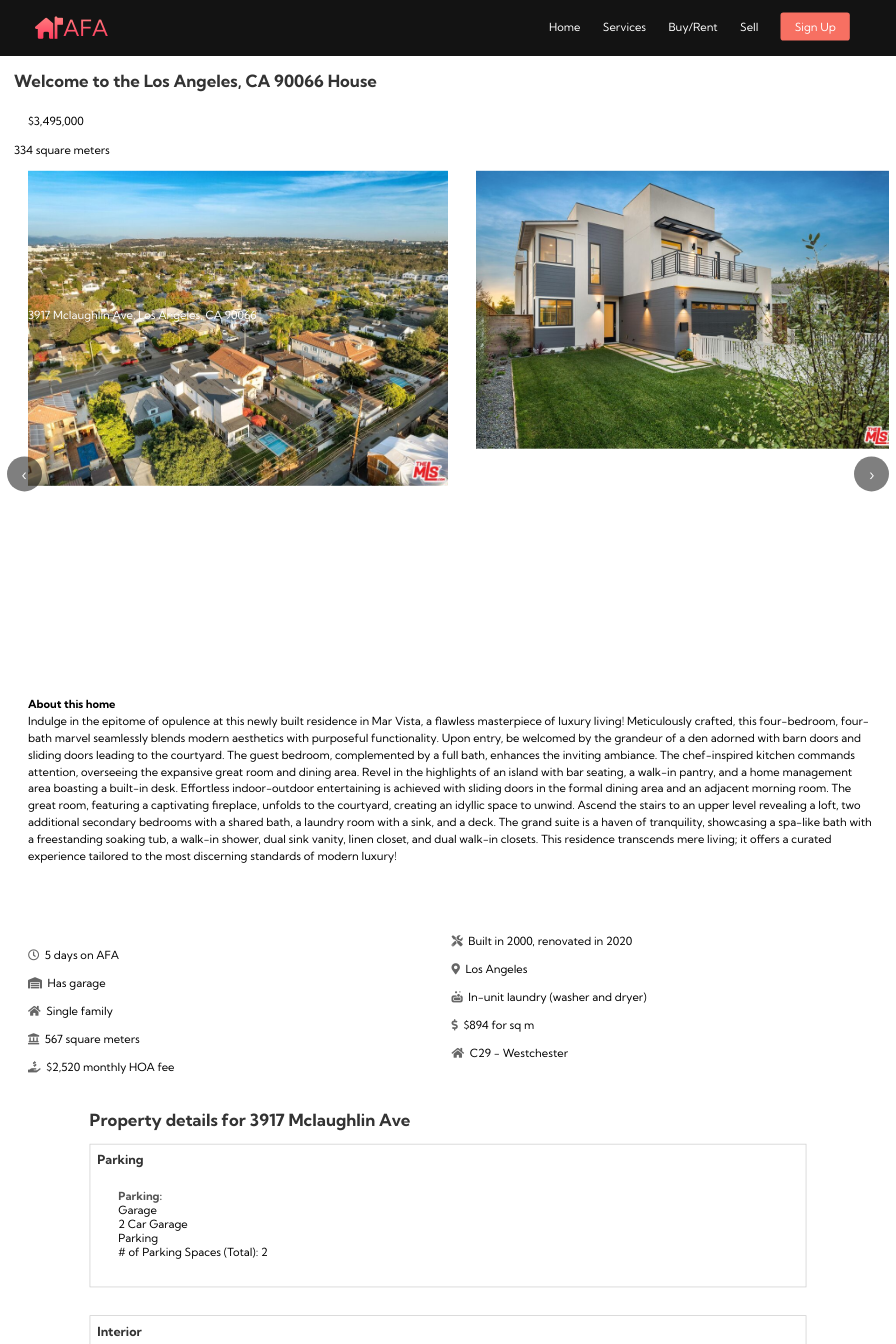
Repository: MrAllin1/ProgWWW_23_Gr1
Page: pages/House3.html
The author's editor kept a copy of each file at every save. The page is drawn from the files as they stood at one save, then again after the next save.
The browser window is 1280 px wide. The pictures show the part of the page from y = 0 to 1920 px (the page is 4339 px tall before and 4069 px after), at 70% of full size.
Some web libraries are served in a nearby version.

Above is the page before, as saved 2024-01-11 12:46:08.

### pages/House3.html
<!DOCTYPE html>
<html lang="en">
<head>
    <meta charset="UTF-8">
    <meta name="viewport" content="width=device-width, initial-scale=1.0">
    <link rel="stylesheet" type="text/css" href="../pages/stylesForHouse.css">
    <script src="https://kit.fontawesome.com/186711ed6a.js" crossorigin="anonymous"></script>
    <link rel="preconnect" href="https://fonts.googleapis.com">
    <link rel="preconnect" href="https://fonts.gstatic.com" crossorigin>
    <link href="https://fonts.googleapis.com/css2?family=Kumbh+Sans:wght@400;700&display=swap" rel="stylesheet">
    <link rel="stylesheet" href="https://cdnjs.cloudflare.com/ajax/libs/font-awesome/5.15.4/css/all.min.css">
    <title>House on Los Angeles</title>
</head>
<body>
    <nav class="navbar">
        <div class="navbar_container">
            <a href="/" id="navbar_logo"> <i class="fas fa-house-flag"></i>AFA</a>
            <div class="navbar_toggle" id="mobile-menu">
                <span class="bar"></span>
                <span class="bar"></span>
                <span class="bar"></span>
            </div>
            <ul class="navbar_menu">
                <li class="navbar_item">
                    <a href="#home" class="navbar_link">Home</a>
                </li>
                <li class="navbar_item">
                    <a href="#services" class="navbar_link">Services</a>
                </li>
                <li class="navbar_item">
                    <a href="/pages/BuyRent.html" class="navbar_link">Buy/Rent</a>
                </li>
                <li class="navbar_item">
                    <a href="/pages/sell.html" class="navbar_link">Sell</a>
                </li>
                <li class="navbar_btn">
                    <a href="/pages/signUp.html" class="button">Sign Up</a>
                </li>
            </ul>
        </div>
    </nav>
    <div class="gallery-container">
        <h1>Welcome to the Los Angeles, CA 90066 House</h1> </br>
        <a href="https://www.google.com/maps?q=3917+Mclaughlin+Ave,+Los+Angeles,+CA+90066" target="_blank" class="services_link">3917 Mclaughlin Ave, Los Angeles, CA 90066</a>
        <p>$3,495,000</p>
        <span>334 square meters</span>
        <div class="gallery">
            <img src="/images/House_4/item_1.jpg" alt="Image 1" />
            <img src="/images/House_4/item_2.jpg" alt="Image 2" />
            <img src="/images/House_4/item_3.jpg" alt="Image 3" />
            <img src="/images/House_4/item_4.jpg" alt="Image 4" />
            <img src="/images/House_4/item_5.jpg" alt="Image 5" />
            <img src="/images/House_4/item_6.jpg" alt="Image 6" />
            <img src="/images/House_4/item_7.jpg" alt="Image 7" />
            <img src="/images/House_4/item_8.jpg" alt="Image 8" />
            <img src="/images/House_4/item_9.jpg" alt="Image 9" />
            <img src="/images/House_4/item_10.jpg" alt="Image 10" />
            <img src="/images/House_4/item_11.jpg" alt="Image 11" />
            <img src="/images/House_4/item_12.jpg" alt="Image 12" />
            <img src="/images/House_4/item_13.jpg" alt="Image 13" />
            <img src="/images/House_4/item_14.jpg" alt="Image 14" />
            <img src="/images/House_4/item_15.jpg" alt="Image 15" />
            <img src="/images/House_4/item_16.jpg" alt="Image 16" />
            <img src="/images/House_4/item_17.jpg" alt="Image 17" />
            <img src="/images/House_4/item_18.jpg" alt="Image 18" />
            <img src="/images/House_4/item_19.jpg" alt="Image 19" />
            <img src="/images/House_4/item_20.jpg" alt="Image 20" />
            <img src="/images/House_4/item_21.jpg" alt="Image 21" />
            <img src="/images/House_4/item_22.jpg" alt="Image 22" />
            <img src="/images/House_4/item_23.jpg" alt="Image 23" />
            <img src="/images/House_4/item_24.jpg" alt="Image 24" />
            <img src="/images/House_4/item_25.jpg" alt="Image 25" />
            <img src="/images/House_4/item_26.jpg" alt="Image 26" />
            <img src="/images/House_4/item_27.jpg" alt="Image 27" />
            <img src="/images/House_4/item_28.jpg" alt="Image 28" />
            <img src="/images/House_4/item_29.jpg" alt="Image 29" />
            <img src="/images/House_4/item_30.jpg" alt="Image 30" />
            <img src="/images/House_4/item_31.jpg" alt="Image 31" />
        </div>

          <button class="arrow-button left">&#8249;</button>
          <button class="arrow-button right">&#8250;</button>
          <p><strong> About this home</strong></br> Indulge in the epitome of opulence at this newly built residence in Mar Vista, a flawless masterpiece of luxury living! Meticulously crafted, this four-bedroom, four-bath marvel seamlessly blends modern aesthetics with purposeful functionality. Upon entry, be welcomed by the grandeur of a den adorned with barn doors and sliding doors leading to the courtyard. The guest bedroom, complemented by a full bath, enhances the inviting ambiance. The chef-inspired kitchen commands attention, overseeing the expansive great room and dining area. Revel in the highlights of an island with bar seating, a walk-in pantry, and a home management area boasting a built-in desk. Effortless indoor-outdoor entertaining is achieved with sliding doors in the formal dining area and an adjacent morning room. The great room, featuring a captivating fireplace, unfolds to the courtyard, creating an idyllic space to unwind. Ascend the stairs to an upper level revealing a loft, two additional secondary bedrooms with a shared bath, a laundry room with a sink, and a deck. The grand suite is a haven of tranquility, showcasing a spa-like bath with a freestanding soaking tub, a walk-in shower, dual sink vanity, linen closet, and dual walk-in closets. This residence transcends mere living; it offers a curated experience tailored to the most discerning standards of modern luxury!</p>
    </div>
</br>
    <div class="property-features">
      <div class="feature">
        <i class="far fa-clock"></i> 5 days on AFA
      </div>
      <div class="feature">
        <i class="fas fa-warehouse"></i> Has garage
      </div>
      <div class="feature">
        <i class="fas fa-home"></i> Single family
      </div>
      <div class="feature">
        <i class="fas fa-landmark"></i> 567 square meters
      </div>
      <div class="feature">
        <i class="fas fa-hand-holding-usd"></i> $2,520 monthly HOA fee
      </div>
      <div class="feature">
        <i class="fas fa-tools"></i> Built in 2000, renovated in 2020
      </div>
      <div class="feature">
        <i class="fas fa-map-marker-alt"></i> Los Angeles
      </div>
      <div class="feature">
        <i class="fas fa-soap"></i>In-unit laundry (washer and dryer)
      </div>
      <div class="feature">
        <i class="fas fa-dollar-sign"></i> $894 for sq m
    </div>
      <div class="feature">
        <i class="fas fa-home"></i> C29 - Westchester
      </div>
    </div>

    <div class="container">
        <h1>Property details for 3917 Mclaughlin Ave</h1>
        <div class="details">
            <div class="section">
                <h2>Parking</h2>
                <ul>
                    <li>
                        <strong>Parking:</strong><br>
                        Garage<br>
                        2 Car Garage<br>
                        Parking<br>
                        # of Parking Spaces (Total): 2
                    </li>
                </ul>
            </div>
        </div>

        <div class="details">
            <div class="section">
                <h2>Interior</h2>
                <ul>
                    <li><strong>Bathroom Information:</strong><br># of Baths (Full): 4</li>
                    <li><strong>Laundry Information:</strong><br>Laundry Room</li>
                    <li><strong>Additional Rooms:</strong><br>Bonus Room, Breakfast Area, Great Room, Walk-In Closet, Guest-Maids Quarters</li>
                    <li><strong>Fireplace Information:</strong><br>Gas Fireplace</li>
                    <li><strong>Flooring Information:</strong><br>Carpeted Floors, Wood Floors, Tile Floors</li>
                    <li><strong>Equipment:</strong><br>Alarm System, Built-Ins, Dishwasher, Garbage Disposal, Freezer, Range/Oven, Refrigerator, Washer, Dryer</li>
                    <li><strong>Heating & Cooling:</strong><br>A/C<br>Central Heat</li>
                </ul>
            </div>
        </div>

        <div class="details">
            <div class="section">
                <h2>Exterior</h2>
                <ul>
                    <li><strong>Building Information:</strong><br>Total Floors: 1<br>Multi Levels<br>Attached</li>
                    <li><strong>Pool Information:</strong><br>In Ground Pool<br>In Ground Spa</li>
                    <li><strong>Property Information:</strong><br>Property Type: Residential Single-Family</li>
                    <li><strong>Land Information:</strong><br>Other Structures: None<br>Lot Size (Sq. Ft.): 7,763<br>Lot Size (Acres): 0.1782<br>Lot Size Dimensions: 50 x 155<br>Zoning: LAR1</li>
                    <li><strong>Property Features:</strong><br>Has View<br>View: Tree Top</li>
                </ul>
            </div>
        </div>

        <div class="details">
            <div class="section">
                <h2>Financial</h2>
                <ul>
                    <li><strong>Assessment Information:</strong><br>Assessor Parcel Number: 4214-015-018</li>
                    <li><strong>Financial Information:</strong><br>Selling Office Compensation Type: %<br>Selling Office Compensation: 2.5</li>
                </ul>
            </div>
        </div>

        <div class="details">
            <div class="section">
                <h2>Location</h2>
                <ul>
                    <li><strong>Location Information:</strong><br>Directions: From National Blvd - headed West - just past the Starbucks and make a left onto McLaughlin Avenue</li>
                </ul>
            </div>
        </div>
    </div>

      <div class="container">
        <h1>About climate risks</h1>
        <p>Climate risks have some of natural disasters and may be impacted by climate change due to rising temperatures and sea levels.</p>

        <div class="risk-factor" id="floodRisk">
            <h2>Flood Factor</h2>
            <p>Unlikely to flood in next 50 years.</p>
        </div>

        <div class="risk-factor" id="fireRisk">
            <h2>Fire Factor</h2>
            <p>Unlikely to be in a wildfire in next 50 years.</p>
        </div>

        <div class="risk-factor" id="heatRisk">
            <h2>Heat Factor</h2>
            <p>7 days above 99° expected this year, 14 days in 30 years.</p>
        </div>
    </div>
    <div class="footer_container">
        <div class="footer_links">
            <div class="footer_link-wrapper">
                <div class="footer_link-items">
                    <h2>About Us</h2>
                    <a href="/">How it works</a>
                    <a href="/">Testimonials</a>
                    <a href="/">Careers</a>
                    <a href="/">Terms of Service</a>
                </div>
                <div class="footer_link-items">
                    <h2>Contact Us</h2>
                    <a href="/">Contact</a>
                    <a href="/">Support</a>
                    <a href="/">Thro Gmail</a>
                    <a href="/">Phone number</a>
                </div>
            </div>
            <div class="footer_link-wrapper">
                <div class="footer_link-items">
                    <h2>Partners</h2>
                    <a href="/">A RealEstate</a>
                    <a href="/">B RealEstate</a>
                    <a href="/">C RealEstate</a>
                    <a href="/">D RealEstate</a>
                </div>
                <div class="footer_link-items">
                    <h2>Social media</h2>
                    <a href="https://www.instagram.com" target="_blank">Instagram</a>
                    <a href="https://www.facebook.com" target="_blank">Facebook</a>
                    <a href="https://www.linkedin.com" target="_blank">LinkedIn</a>
                    <a href="https://www.twitter.com" target="_blank">Twitter</a>
                </div>
            </div>
        </div>
        <div class="social_media">
            <div class="social_media-wrap">
                <div class="footer_logo">
                    <a href="/" id="footer_logo"> <i class="fas fa-house-flag"></i>AFA</a>
                </div>
                <p class="website_rights">AFA © 2023.All rights reserved</p>
                <div class="social_icons">
                    <a href="/" class="social_icon_link" target="_blank"><i class="fab fa-facebook"></i></a>
                    <a href="https://www.instagram.com" class="social_icon_link" target="_blank"><i class="fab fa-instagram"></i></a>
                    <a href="https://www.facebook.com" class="social_icon_link" target="_blank"><i class="fab fa-youtube"></i></a>
                    <a href="https://www.twitter.com" class="social_icon_link" target="_blank"><i class="fab fa-twitter"></i></a>
                    <a href="https://www.linkedin.com" class="social_icon_link" target="_blank"><i class="fab fa-linkedin"></i></a>
                </div>
            </div>
        </div>
    </div>

    <script src="../app.js"></script>

</body>
</html>

Loaded but not shown: app.js (155 lines, source omitted); pages/stylesForHouse.css (778 lines, source omitted)

After the next save:
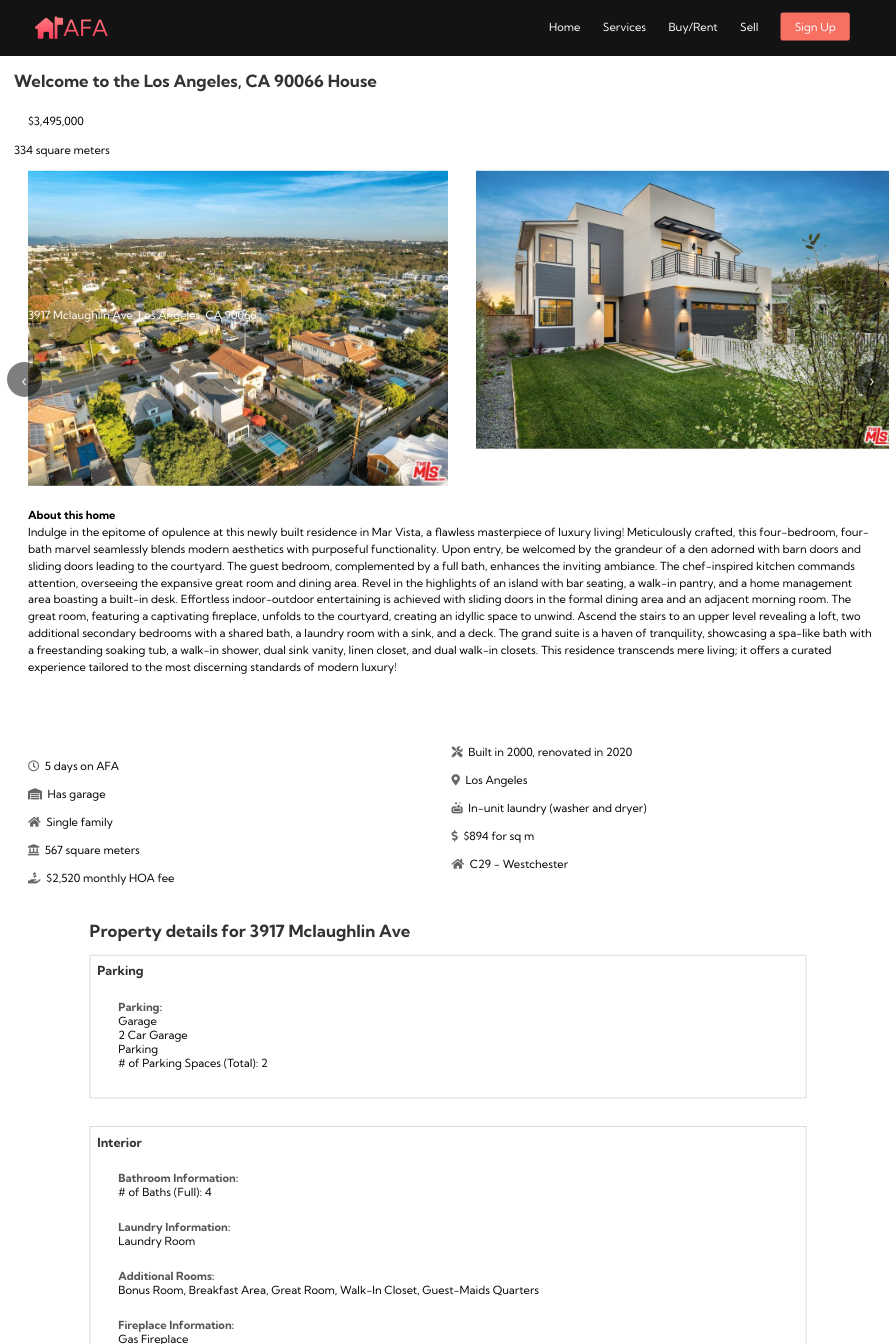
Saved 3 min 16 s later.
--- a/pages/House3.html
+++ b/pages/House3.html
@@ -47,7 +47,6 @@
         <div class="gallery">
             <img src="/images/House_4/item_1.jpg" alt="Image 1" />
             <img src="/images/House_4/item_2.jpg" alt="Image 2" />
-            <img src="/images/House_4/item_3.jpg" alt="Image 3" />
             <img src="/images/House_4/item_4.jpg" alt="Image 4" />
             <img src="/images/House_4/item_5.jpg" alt="Image 5" />
             <img src="/images/House_4/item_6.jpg" alt="Image 6" />
